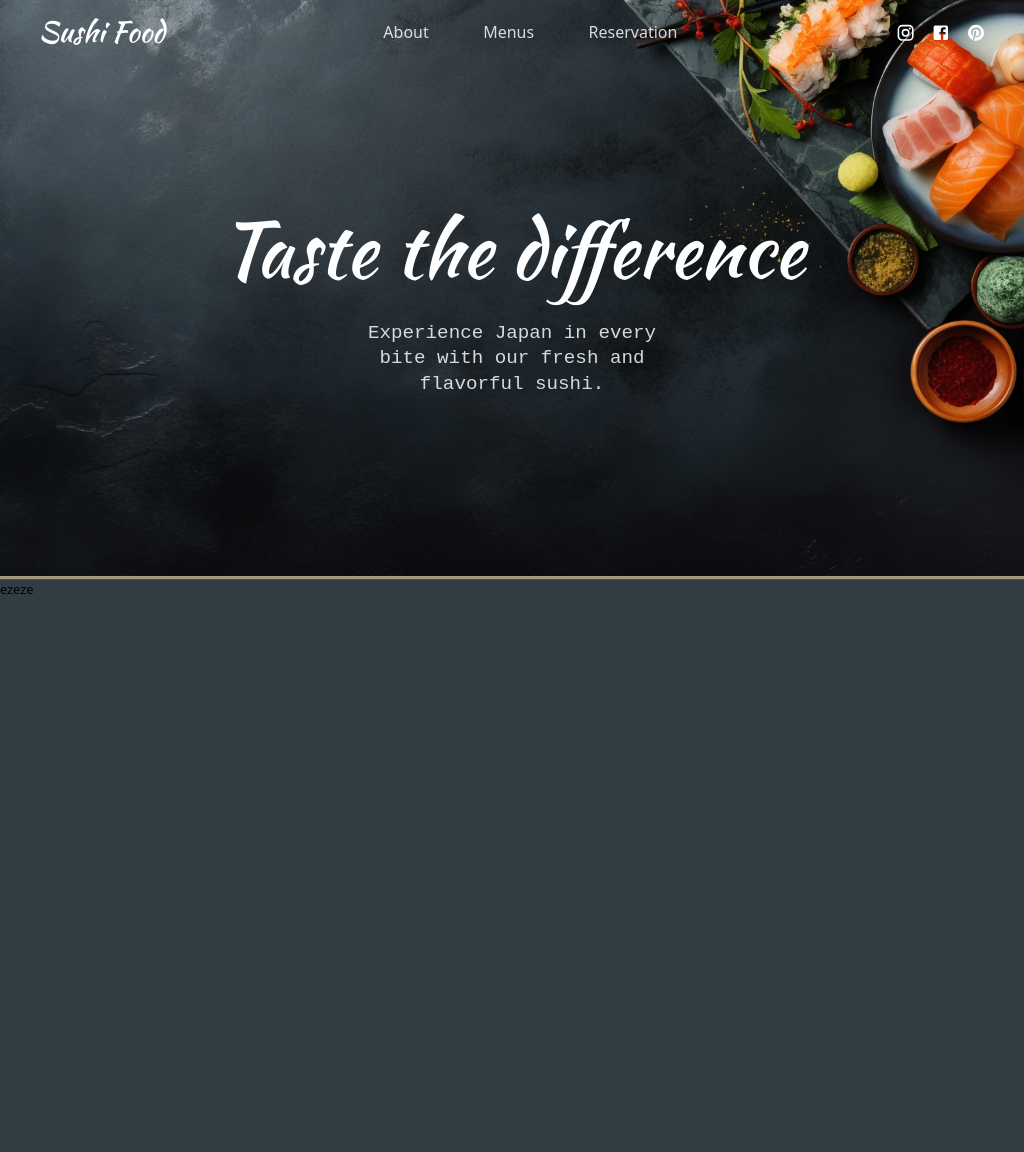
Repository: Adrien-legeleu/sushi-food
Page: /
An editor plug-in stored every save of this project. The page is shown before and after the next save, followed by the edit.
The browser window is 1280 px wide. The pictures show the whole page, at 80% of full size.
Some web fonts or font styles are not loaded; a fallback is used. The project was rebuilt for these pictures with package versions that can differ from the ones it lists, and the page was loaded fresh each time. Also part of the build but not shown: vite.config.ts.

Above is the page before, as saved 2024-04-28 22:02:42.

### src/App.tsx
import { About, Header, Landing } from "./Components"

const App =()=> {
  return (
    <div className="bg-greenBlack h-full w-full">
      <Header/>
      <Landing/>
      <About/>
    </div>
  )
}

export default App

### src/index.css
@import url('https://fonts.googleapis.com/css2?family=Kaushan+Script&family=Nanum+Gothic+Coding&display=swap');

@tailwind base;
@tailwind components;
@tailwind utilities;

*{
    margin: 0;
    padding: 0;
    box-sizing: border-box;
}

### src/Components/index.ts
export * from "./Landing";
export * from "./Header";
export * from "./About";

### src/Components/Landing.tsx
export const Landing =()=>{
    return(
        <div className="h-screen w-full bg-[url('././assets/mainfond.jpg')] bg-cover bg-center-top flex items-center justify-center flex-col gap-10 pt-10">
            <h1 className="font-title text-whiteTitle text-8xl">Taste the difference</h1>
            <p className="text-whiteText font-text text-2xl text-center w-1/3">Experience Japan in every bite with our fresh and flavorful sushi.</p>
        </div>
    )
}

### src/Components/Header.tsx
import InstagramIcon from '@mui/icons-material/Instagram';
import FacebookIcon from '@mui/icons-material/Facebook';
import PinterestIcon from '@mui/icons-material/Pinterest';
export const Header =()=>{
    return (
        <div className='fixed h-20 w-full max-w-[1400px] top-0 left-1/2 -translate-x-1/2 flex justify-between items-center pl-12 pr-12'>
            <h2 className='font-title text-4xl text-whiteTitle'>Sushi Food</h2>
            <ul className='flex items-center gap-5 justify-between text-whiteText text-xl'>
                <li className='cursor-pointer  duration-200 hover:bg-green rounded-full p-6 pt-2 pb-2'>About</li>
                <li className='cursor-pointer  duration-200 hover:bg-green rounded-full p-6 pt-2 pb-2'>Menus</li>
                <li className='cursor-pointer  duration-200 hover:bg-green rounded-full p-6 pt-2 pb-2'>Reservation</li>
            </ul>
            <ul className='flex items-center justify-between gap-5  text-whiteTitle'>
                <li className='cursor-pointer  duration-300 hover:scale-125'>
                    <InstagramIcon/>


                </li>
                <li className='cursor-pointer  duration-300 hover:scale-125'> <FacebookIcon/></li>
                <li className='cursor-pointer  duration-300 hover:scale-125'><PinterestIcon/></li>
            </ul>
        </div>
    )
}

### src/Components/About.tsx
export const About =()=>{
    return(
        <div className="h-screen w-full bg-[#323D43] bg-cover bg-center border-t-4 border-green">
            <h4>ezeze</h4>
        </div>
    )
}

### tailwind.config.js
/** @type {import('tailwindcss').Config} */
export default {
  content: ["./index.html", "./src/**/*.{js,ts,jsx,tsx}"],
  theme: {
    extend: {
      backgroundColor: {
        greenBlack: "#0B1517",
      },
      colors: {
        green: "#A6977C",
        whiteTitle: "#FCFEFF",
        whiteText: "#FCFEFFD5",
      },
    },
    fontFamily: {
      title: ["Kaushan Script", "cursive"],
      text: ["Nanum Gothic Coding", "monospace"],
    },
  },
  plugins: [],
};

Loaded but not shown: index.html (common file); src/main.tsx (common file)

After the next save:
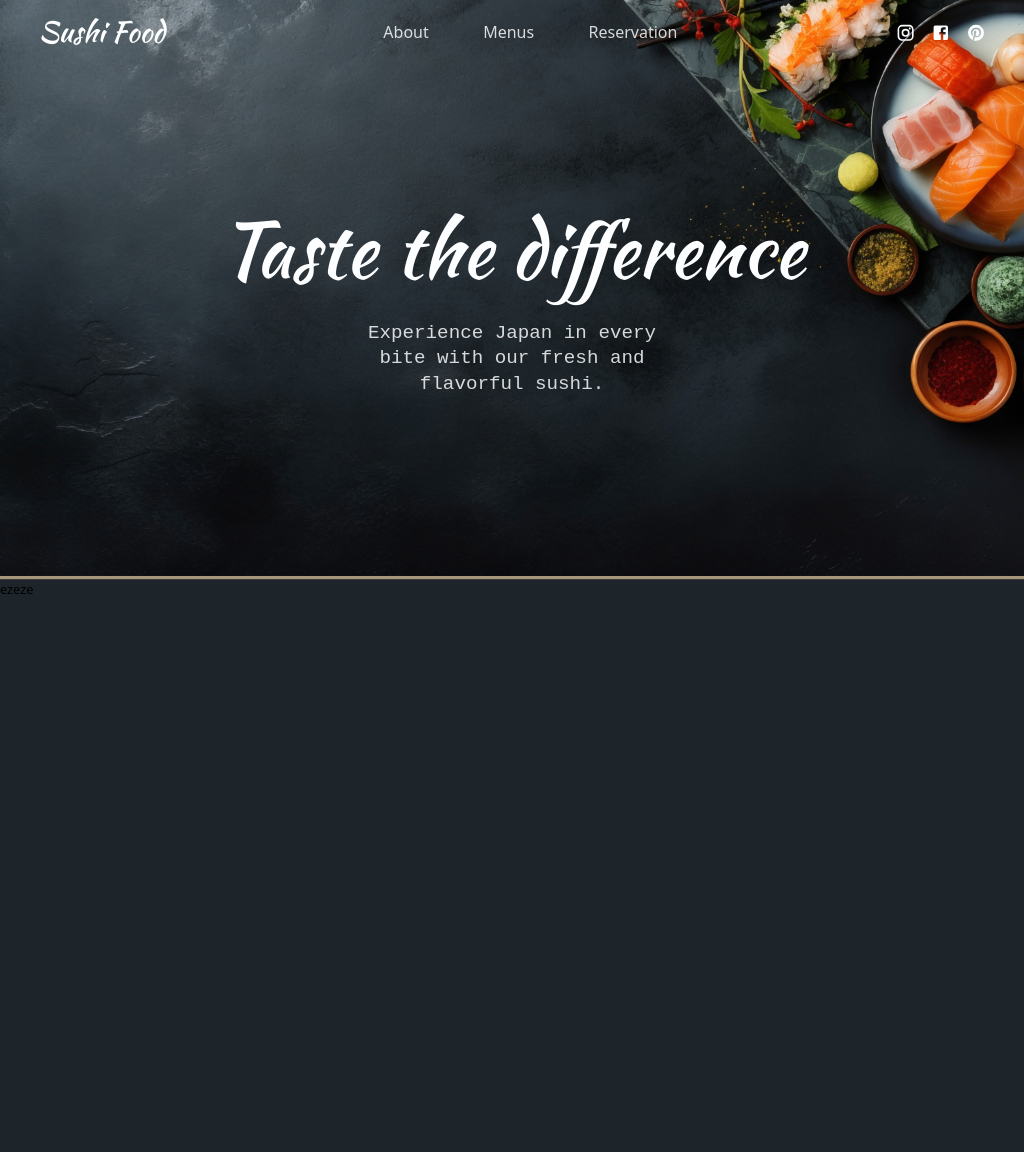
Saved 15 s later.
--- a/src/Components/About.tsx
+++ b/src/Components/About.tsx
@@ -1,6 +1,6 @@
 export const About =()=>{
     return(
-        <div className="h-screen w-full bg-[#323D43] bg-cover bg-center border-t-4 border-green">
+        <div className="h-screen w-full bg-[#1D242A] bg-cover bg-center border-t-4 border-green">
             <h4>ezeze</h4>
         </div>
     )
